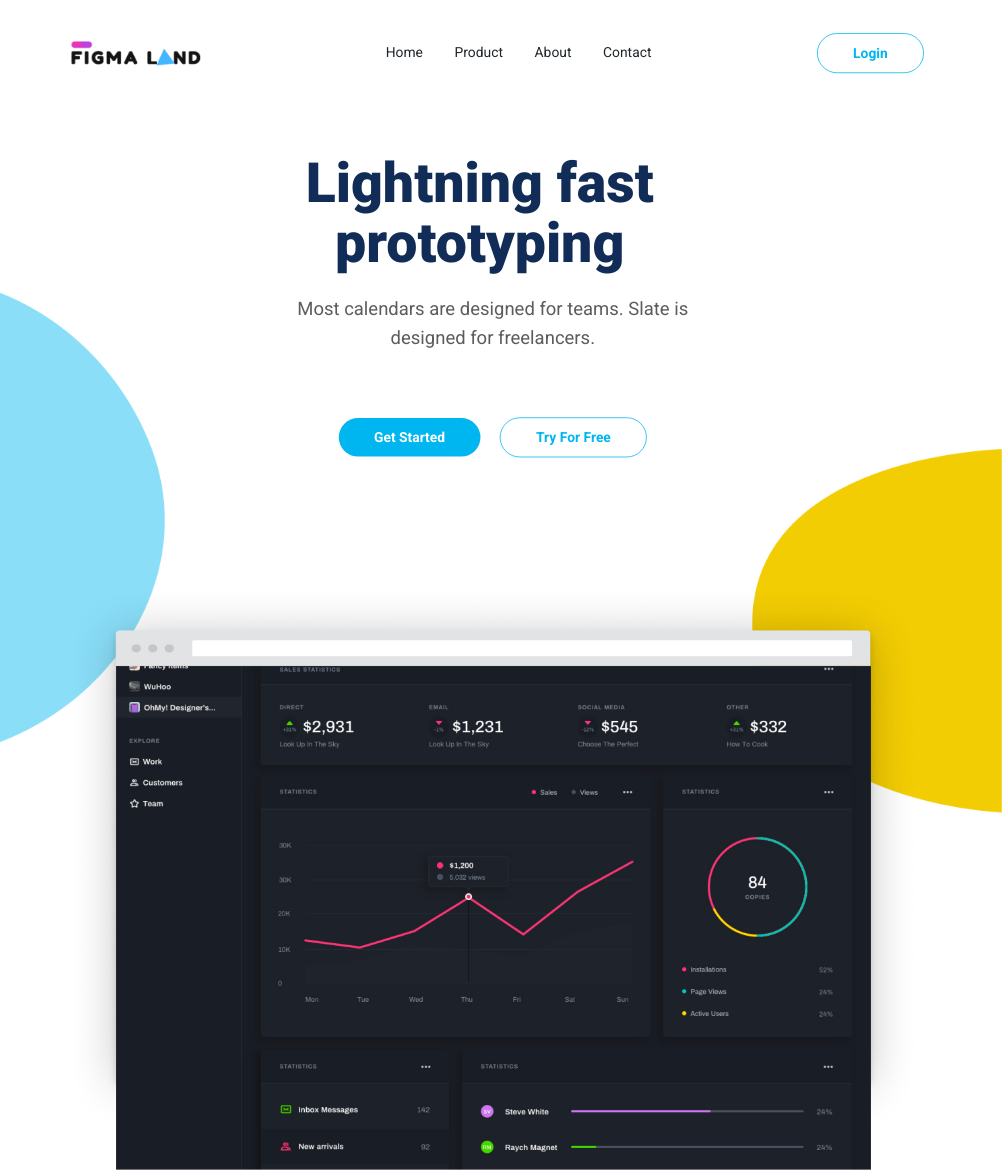
Repository: tungcutte35/Figma-Land
Page: sass/index.html
These files come from the project's save history. The page is drawn as it stood at one moment and after a run of saves; the edit follows.
The browser window is 1280 px wide. The page is 1301 px wide, so the pictures cover 1301 px, including what lies to the right of the window. The pictures show the whole page, at 77% of full size.
The style sheet was rebuilt from its Sass, Less or Tailwind sources for each picture, by a compiler version that may differ from the author's.

Above is the page before, as saved 2021-10-23 16:38:18.

### sass/index.html
<!DOCTYPE html>
<html lang="en">
<head>
  <meta charset="UTF-8">
  <meta http-equiv="X-UA-Compatible" content="IE=edge">
  <meta name="viewport" content="width=device-width, initial-scale=1.0">
  <title>Figma Land</title>
  <link rel="stylesheet" href="./css/app.css">
  <link rel="preconnect" href="https://fonts.googleapis.com">
  <link rel="preconnect" href="https://fonts.gstatic.com" crossorigin>
  <link href="https://fonts.googleapis.com/css2?family=Roboto:wght@400;700;900&display=swap" rel="stylesheet">
</head>
<body>
 <div class="wrapper">
   <header class="header">
    <div class="container">
      <div class="header-container">
        <div class="header-img">
          <a href="#">
            <img srcset="./images/logo.png 2x" alt="">
          </a>
        </div>
        <ul class="menu">
          <li class="menu-item">
            <a href="#" class="menu-link">Home</a>
          </li>
          <li class="menu-item">
            <a href="#" class="menu-link">Product</a>
          </li>
          <li class="menu-item">
            <a href="#" class="menu-link">About</a>
          </li>
          <li class="menu-item">
            <a href="#" class="menu-link">Contact</a>
          </li>
        </ul>
        <div class="header-login">
          <button class="button button--outline">Login</button>
        </div>

      </div>
    </div>
   </header>
   <section class="lightning">
     <div class="container">
       <div class="lightning-container">
         <div class="lightning-header">
           <h2 class="lightning-heading">Lightning fast
            prototyping</h2>
           <p class="text lightning-content">
            Most calendars are designed for teams. Slate is
            designed for freelancers.
           </p>
           <div class="lightning-button">
             <button class="button button--primary">Get Started</button>
             <button class="button button--outline">Try For Free</button>
           </div>
         </div>
         <img srcset="./images/img.png 2x" alt="" class="lightning-img">
         <img srcset="./images/Vector.png 2x" alt="" class="lightning-vector1">
         <img srcset="./images/Vector2.png 2x" alt="" class="lightning-vector2">

       </div>
     </div>
   </section>

 </div>
</body>
</html>

### sass/app.scss
@import "./reset";
@import "./variables";
@import "./global";
@import "./header";
@import "./menu";
@import "./lightning";

### sass/_variables.scss
$font: "Roboto", sans-serif;
$primary-color: #00b6f0;
$heading-color: #20262a;
$text-color: #5c5c5c;
$secondary-color: #112d57;

### sass/_global.scss
.wrapper {
  max-width: 1282px;
  margin: 0 auto;
}
.container {
  max-width: 1160px;
  margin: 0 auto;
  padding: 0 20px;
}
body {
  font-family: $font;
  line-height: 1;
  font-size: 18px;
  color: $heading-color;
}
ul {
  list-style-type: none;
}
.button {
  display: inline-flex;
  justify-content: center;
  align-items: center;
  font-size: 18px;
  font-weight: 700;
  // height: 50px;
  line-height: 1;
  font-family: $font;
  padding: 16px 46px;
  border-radius: 85px;
  background-color: transparent;
  border: 0;
  outline: none;
  cursor: pointer;
  transition-duration: 0.4s;

  &--primary {
    color: #fff;
    background-color: $primary-color;
    &:hover {
      color: $primary-color;
      background-color: transparent;
      border: 1.4px solid $primary-color;
    }
  }
  &--outline {
    color: $primary-color;
    border: 1.4px solid $primary-color;
    &:hover {
      background-color: $primary-color;
      color: white;
    }
  }
}

.heading {
  color: $heading-color;
  font-weight: 700;
  font-size: 56px;
  line-height: calc(65 / 56);
}
.text {
  font-size: 24px;
  font-weight: 450;
  color: $text-color;
  line-height: calc(38 / 24);
}

### sass/_header.scss
.header {
  margin-top: 30px;
  margin-bottom: 91px;

  &-container {
    display: flex;
    justify-content: space-between;
    align-items: center;
  }
}

### sass/_menu.scss
.menu {
  display: flex;

  gap: 0 41px;
  &-item {
    display: flex;
    align-items: center;
    justify-content: center;
  }
  &-link {
    color: inherit;
    &:after {
      display: block;
      content: "";
      border-bottom: solid 2px $primary-color;
      transform: scaleX(0);
      transition: transform 250ms ease-in-out;
    }
    &:hover:after {
      transform: scaleX(1);
    }
    &:hover {
      color: $primary-color;
    }
  }
}

### sass/_lightning.scss
.lightning {
  &-container {
    display: flex;
    align-items: center;
    justify-content: center;
    gap: 0 25px;
    margin: 0 auto;
    position: relative;
  }
  &-header {
    text-align: center;
    max-width: 544px;
  }
  &-heading {
    max-width: 510px;
    font-weight: 900;
    font-size: 72px;
    line-height: calc(78 / 72);
    color: $secondary-color;
    margin-bottom: 27px;
  }
  &-content {
    margin-bottom: 84px;
  }
  &-button {
    display: flex;
    align-items: center;
    justify-content: center;
    gap: 0 25px;
    margin-bottom: 45px;
  }
  &-vector1 {
    position: absolute;
    left: -10%;
    bottom: -80%;
  }
  &-vector2 {
    position: absolute;
    right: -9%;
    bottom: -95%;
  }
  &-img {
    position: absolute;
    bottom: -200%;
    z-index: 1;
  }
}

Loaded but not shown: sass/_reset.scss (common file)

After the next 2 saves:
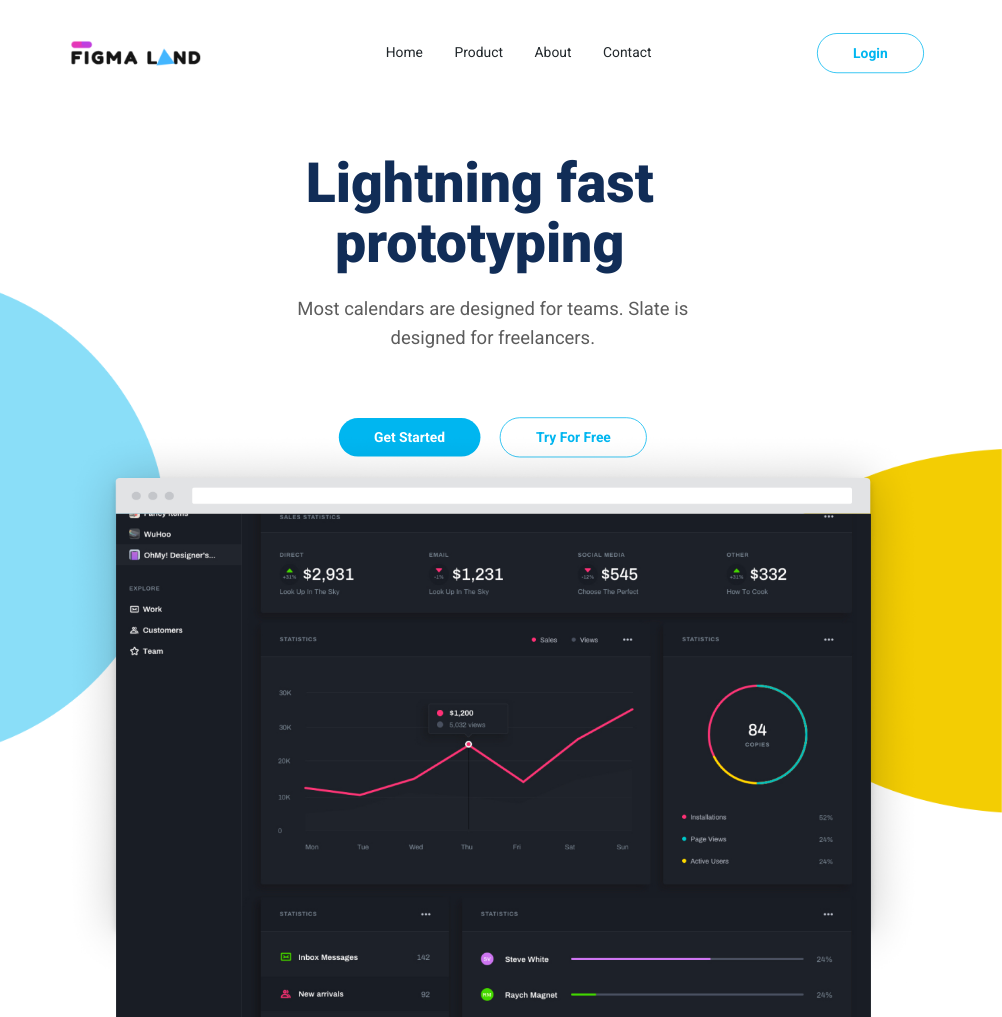
The 2 saves are shown as one change because they came seconds apart.
The last was saved 70 s later.
--- a/sass/_lightning.scss
+++ b/sass/_lightning.scss
@@ -41,7 +41,7 @@
   }
   &-img {
     position: absolute;
-    bottom: -200%;
+    bottom: -155%;
     z-index: 1;
   }
 }
